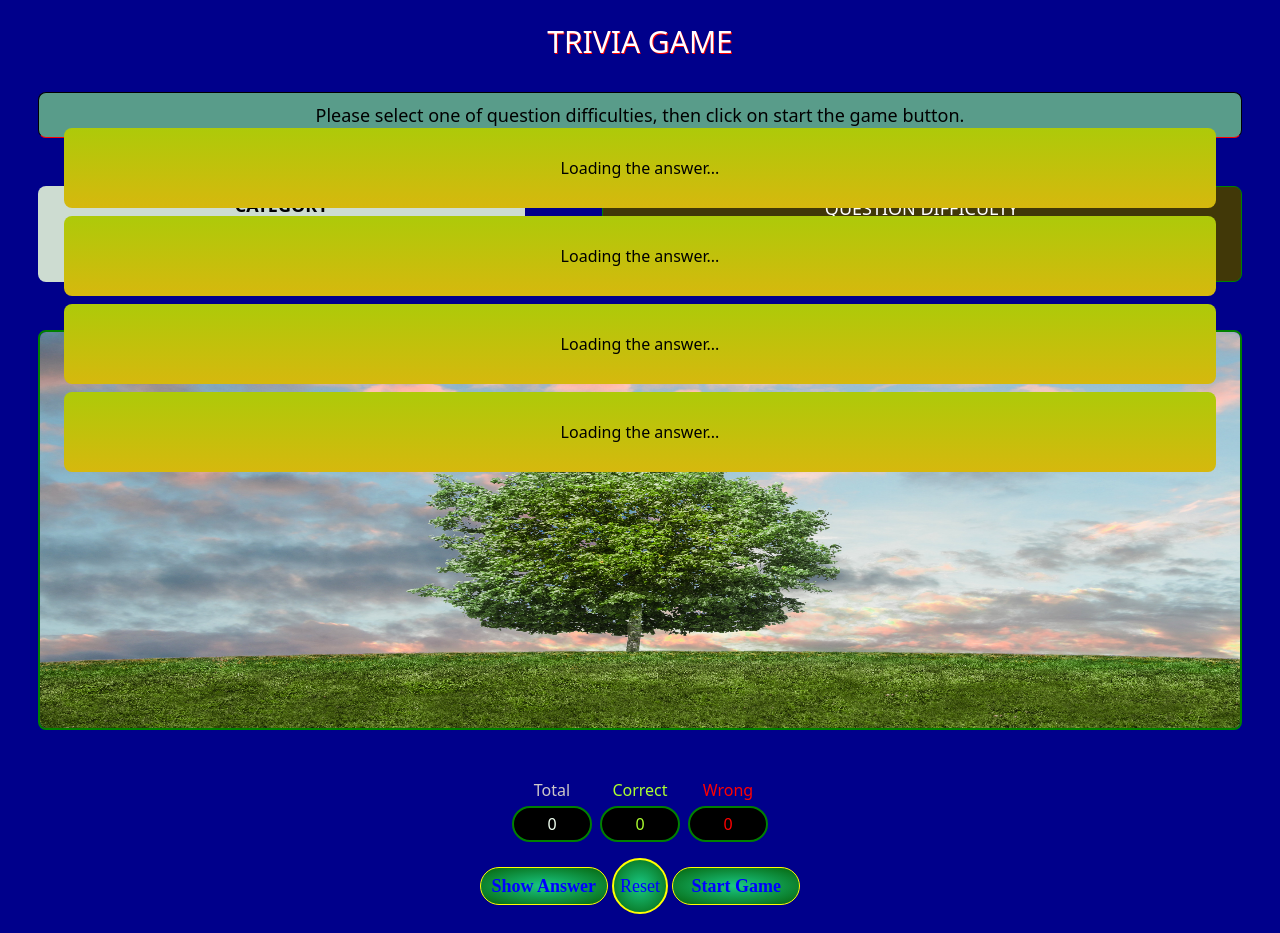
Repository: ShindanoSingi/bembe-trivia
Page: index.html
The author's editor kept a copy of each file at every save. The page is drawn from the files as they stood at one save, then again after the next save.
The browser window is 1280 px wide. The pictures show the whole page.
Some web libraries are served in a nearby version.

Above is the page before, as saved 2022-09-08 01:27:09.

After the next save:
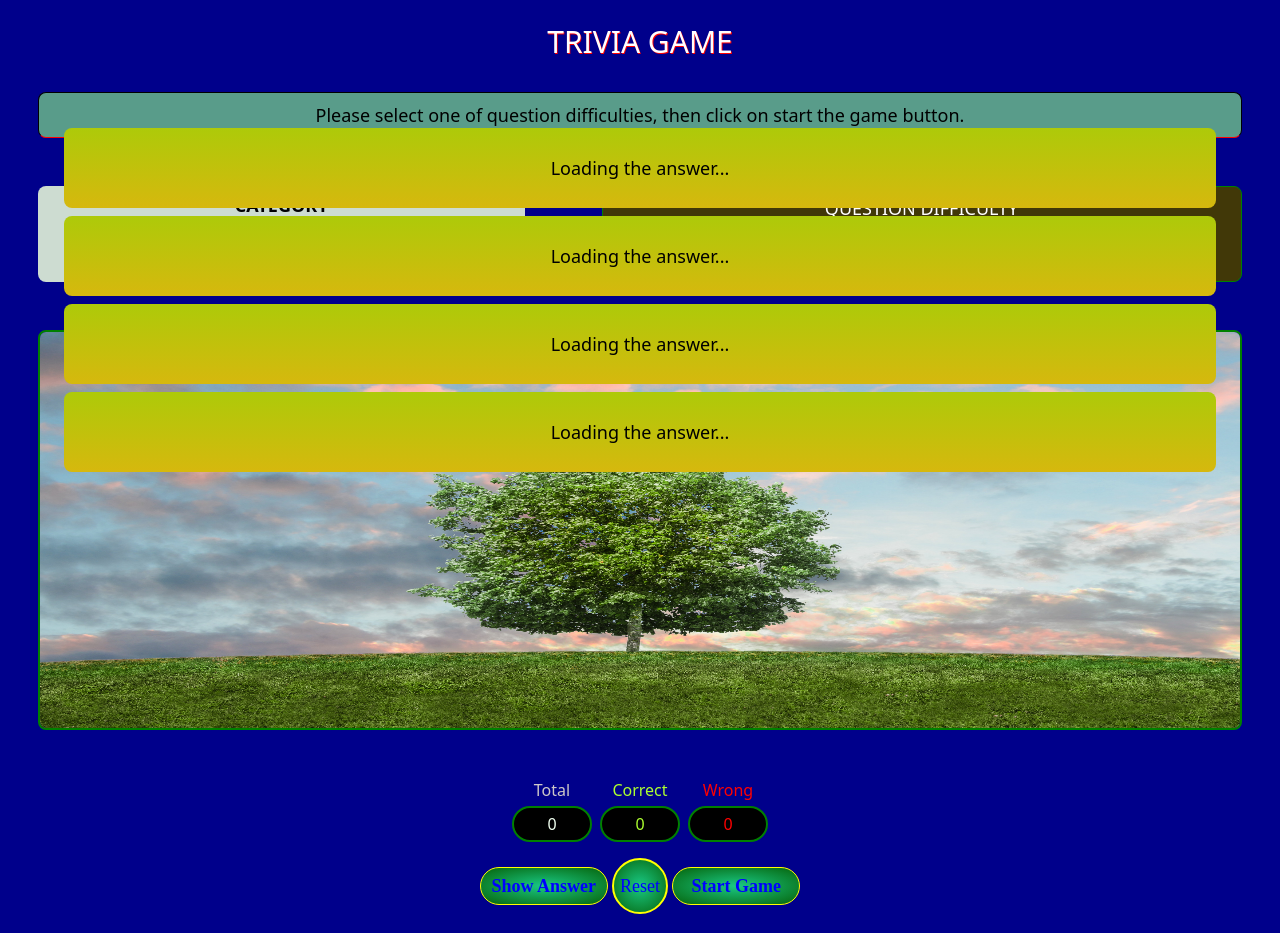
Saved 85 s later.
--- a/index.html
+++ b/index.html
@@ -35,11 +35,11 @@
             <div class="imgAndQuestions">
                 <img class="w-[94vw] h-[25rem] mx-auto" src="pexels-skitterphoto-9198.jpg" alt="nature image">
                 <div class="answersButtons absolute md:absolute md:bottom-[15.5rem] bottom-[17.2rem] ml-[5vw] flex space-y-2 items-center  flex-col">
-                    <button class="showAnswer w-[90vw] p-1 absolute bottom-[17rem] mx-auto text-sm h-[5rem]">Loading the answer...</button>
-                    <button class="response w-[90vw] p-1 text-center text-md h-[5rem]" id="response1">Loading the answer...</button>
-                    <button class="response w-[90vw] p-1 text-md h-[5rem]" id="response2">Loading the answer...</button>
-                    <button class="response w-[90vw] p-1 text-md h-[5rem]" id="response3">Loading the answer...</button>
-                    <button class="response w-[90vw] p-1 text-md h-[5rem]" id="response4">Loading the answer...</button>
+                    <button class="showAnswer md:text-lg w-[90vw] p-1 absolute bottom-[17rem] mx-auto text-sm h-[5rem]">Loading the answer...</button>
+                    <button class="response md:text-lg w-[90vw] p-1 text-center text-md h-[5rem]" id="response1">Loading the answer...</button>
+                    <button class="response md:text-lg w-[90vw] p-1 text-md h-[5rem]" id="response2">Loading the answer...</button>
+                    <button class="response md:text-lg w-[90vw] p-1 text-md h-[5rem]" id="response3">Loading the answer...</button>
+                    <button class="response md:text-lg w-[90vw] p-1 text-md h-[5rem]" id="response4">Loading the answer...</button>
                     </div>
                 </div>
 
